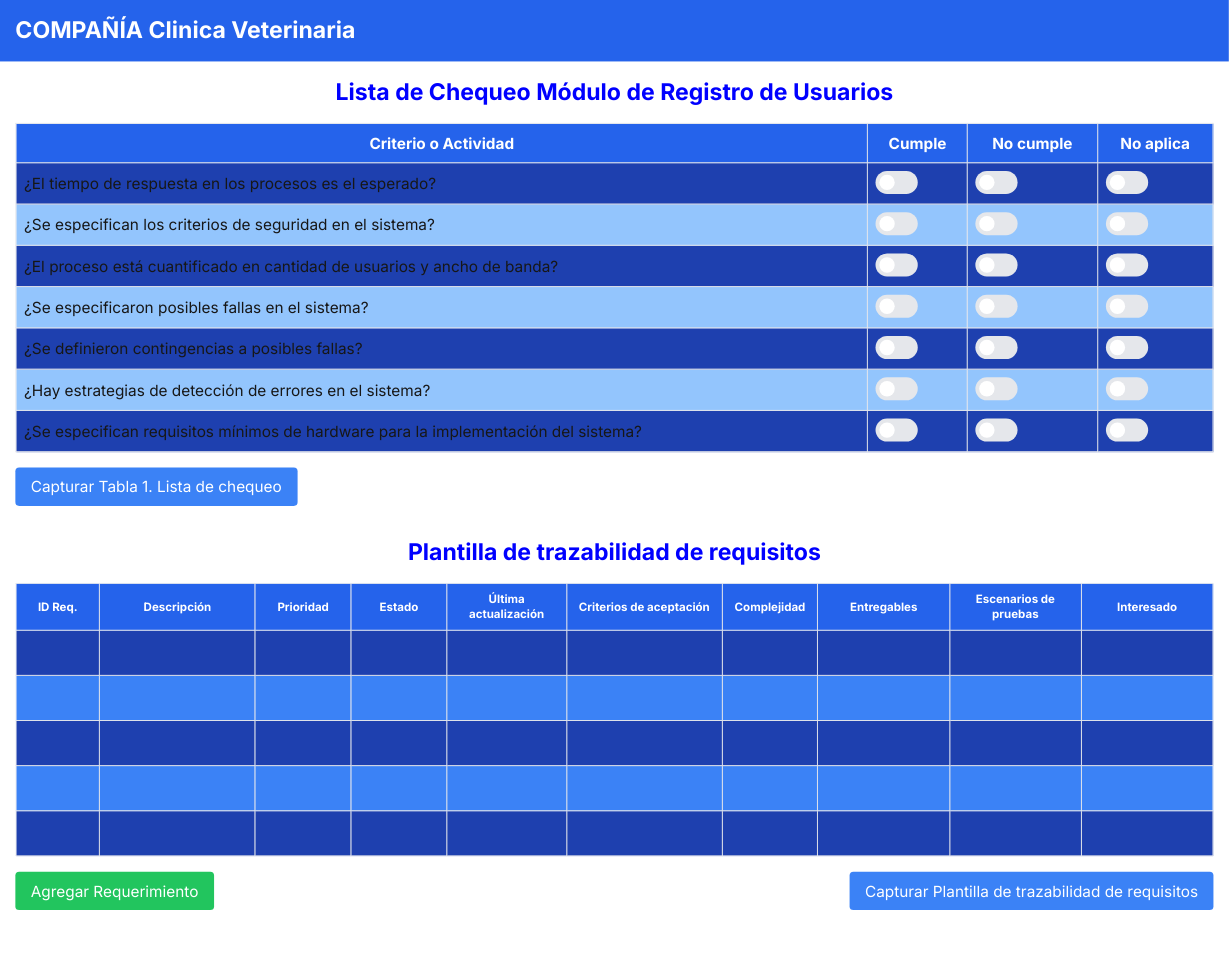
Repository: CiroAlfa/lista-de-Chequeo
Page: /
An editor plug-in stored every save of this project. The page is shown before and after the next save, followed by the edit.
The browser window is 1280 px wide. The pictures show the whole page, at 96% of full size.
The project was rebuilt for these pictures with package versions that can differ from the ones it lists, and the page was loaded fresh each time. The framework's server and built-in components were replaced by stand-ins that run in the browser. Also part of the build but not shown: next.config.mjs.

Above is the page before, as saved 2024-09-27 14:20:33.

After the next save:
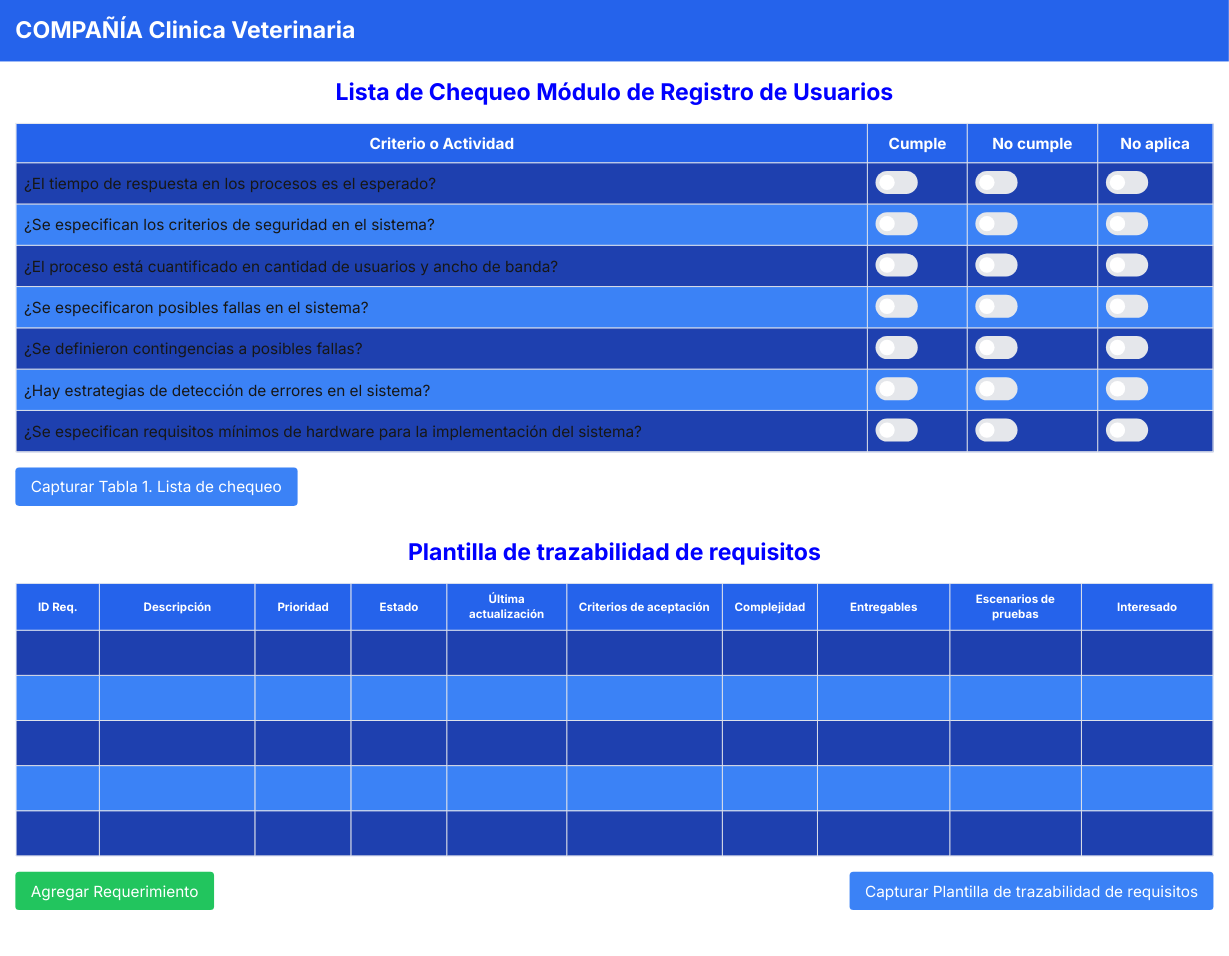
Saved 6 s later.
--- a/src/app/page.tsx
+++ b/src/app/page.tsx
@@ -120,7 +120,7 @@ export default function Home() {
           </thead>
           <tbody>
             {checklist.map((item, index) => (
-              <tr key={item.id} className={index % 2 === 0 ? 'bg-blue-800' : 'bg-blue-300'}>
+              <tr key={item.id} className={index % 2 === 0 ? 'bg-blue-800' : 'bg-blue-500'}>
                 <td className="border p-2">{item.criteria}</td>
                 <td className="border p-2">
                   <Switch
